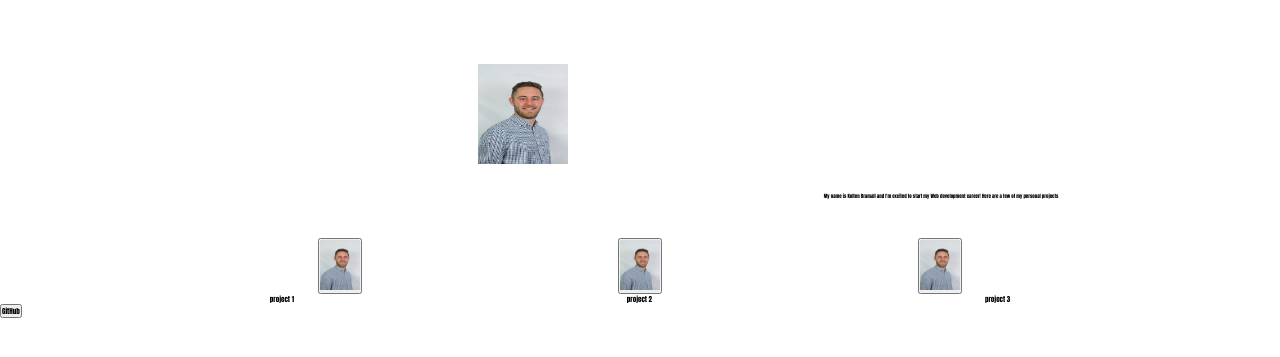
Repository: Kobramall/portfolio-project
Page: /portfolio
An editor plug-in stored every save of this project. The page is shown before and after the next save, followed by the edit.
The browser window is 1280 px wide. The pictures show the whole page.
The project was rebuilt for these pictures with package versions that can differ from the ones it lists, and the page was loaded fresh each time. Also part of the build but not shown: src/App.css, src/componets/Main.jsx. Imported but missing from the stored project, and not drawn on this page: src/assets/Landscape.mov.

Above is the page before, as saved 2022-11-01 15:33:22.

### src/index.css
*{
  margin:0;
  padding: 0;
  font-family: Impact, Haettenschweiler, 'Arial Narrow Bold', sans-serif;
}


.main{
  width: 100%;
  height: 100%;
}

video{
  width: 100%;
  height: 100%;
  object-fit: cover;
}

.content{
  position: absolute;
  width: 100%;
  height: 100%;
  top:0;
  display: flex;
  flex-direction: column;
  justify-content: center;
  align-items: center;
  color: azure;
  font-size: 6px;
}
.content button{
  color:azure;
  background-color: #fff;
  background-color: rgba(255, 255, 255, 0.5);
  font-size: 7px;
  border-color: transparent;
}

.content button:hover{
  background-color: lightblue;
}

.overlay{
  position: absolute;
  top: 0;
  left: 0;
  width: 100%;
  height: 100%;
}

.intro{
  margin-top: 5%;
  display: flex;
  justify-content: center;
  margin-bottom: 3%;
}

.intro img{
  margin-right: 30%;
}

### src/App.js
import './App.css';
import Main from './componets/Main'
import Portfolio from './componets/Portfolio';
import {BrowserRouter as Router, Routes, Route } from "react-router-dom";

function App() {
  return (
    <Router>
      <Routes>
        <Route path="/" element={<Main />} />
        <Route path="/portfolio" element={<Portfolio />} />
       </Routes>
    </Router>
  )
}

export default App;

### src/componets/Portfolio.jsx
import React from'react'
import Img from '../assets/IMG-3147.jpg'
import '../Portfolio.css'


const Portfolio = () =>{
    return(
        <div className='portfolio'>
            <div className='intro'>
               <img src={Img} alt="Profile Picture" width="90" height="100"/>
               <p>My name is Kolten Bramall and I'm excited to start my Web development career!
                Here are a few of my personal projects
               </p>
            </div>
            <div className='projectLinks'>
                    <a href="https://github.com/Kobramall" ><button><img src={Img} alt="filler pics" width="40" height="50"/></button></a>
                    <a href="https://github.com/Kobramall" ><button><img src={Img} alt="filler pics" width="40" height="50"/></button></a>
                    <a href="https://github.com/Kobramall" ><button><img src={Img} alt="filler pics" width="40" height="50"/></button></a>
            </div>
            <div className='projectDes'>
                   <p>project 1</p>
                   <p>project 2</p>
                   <p>project 3</p>
            </div>
            <footer>
               <a href="https://github.com/Kobramall"><button>GitHub</button></a>
            </footer>
        </div>
    )
}

export default Portfolio

### src/Portfolio.css
*{
    font-size: 7px;
}


.intro{
    margin-top: 5%;
    display: flex;
    justify-content: center;
    margin-bottom: 3%;
  }

  .intro img{
    margin-right: 20%;
    margin-left: 20%;
  }

  .intro p{
    margin-top: 10%;
    font-size: 70%;

  }

  .projectLinks{
    display: flex;
    justify-content: center;
  }

  .projectLinks a{
    margin-left: 10%;
    margin-right:10% ;
  }

  .projectDes{
    display: flex;
    justify-content: center;
  }

  .projectDes p{
    margin-left: 13%;
    margin-right: 13%;
  }

Loaded but not shown: public/index.html (common file); src/index.js (common file); src/reportWebVitals.js (common file)

After the next save:
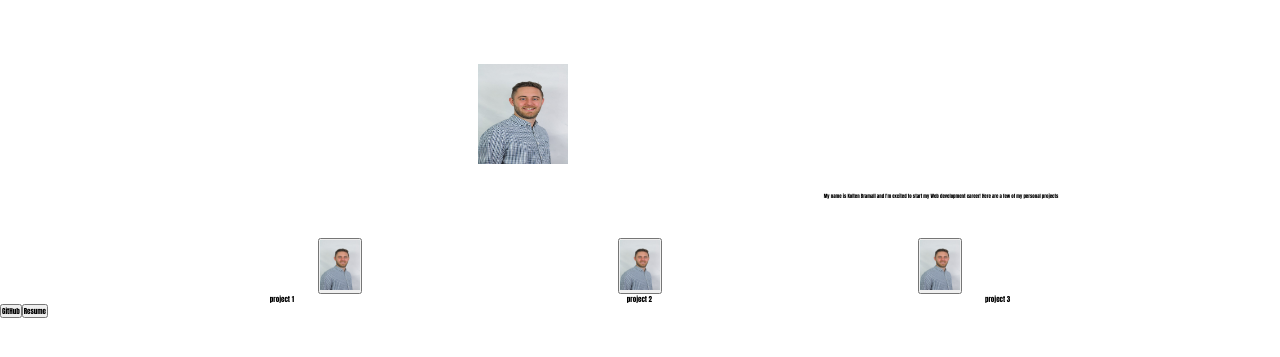
Saved 72 s later.
--- a/src/componets/Portfolio.jsx
+++ b/src/componets/Portfolio.jsx
@@ -24,6 +24,7 @@ const Portfolio = () =>{
             </div>
             <footer>
                <a href="https://github.com/Kobramall"><button>GitHub</button></a>
+               <a href="https://docs.google.com/document/d/1lgiV3EPEmVlzx-UGieZEF6rcup2qM_2HX3_UXqJQWHM/edit"><button>Resume</button></a>
             </footer>
         </div>
     )
